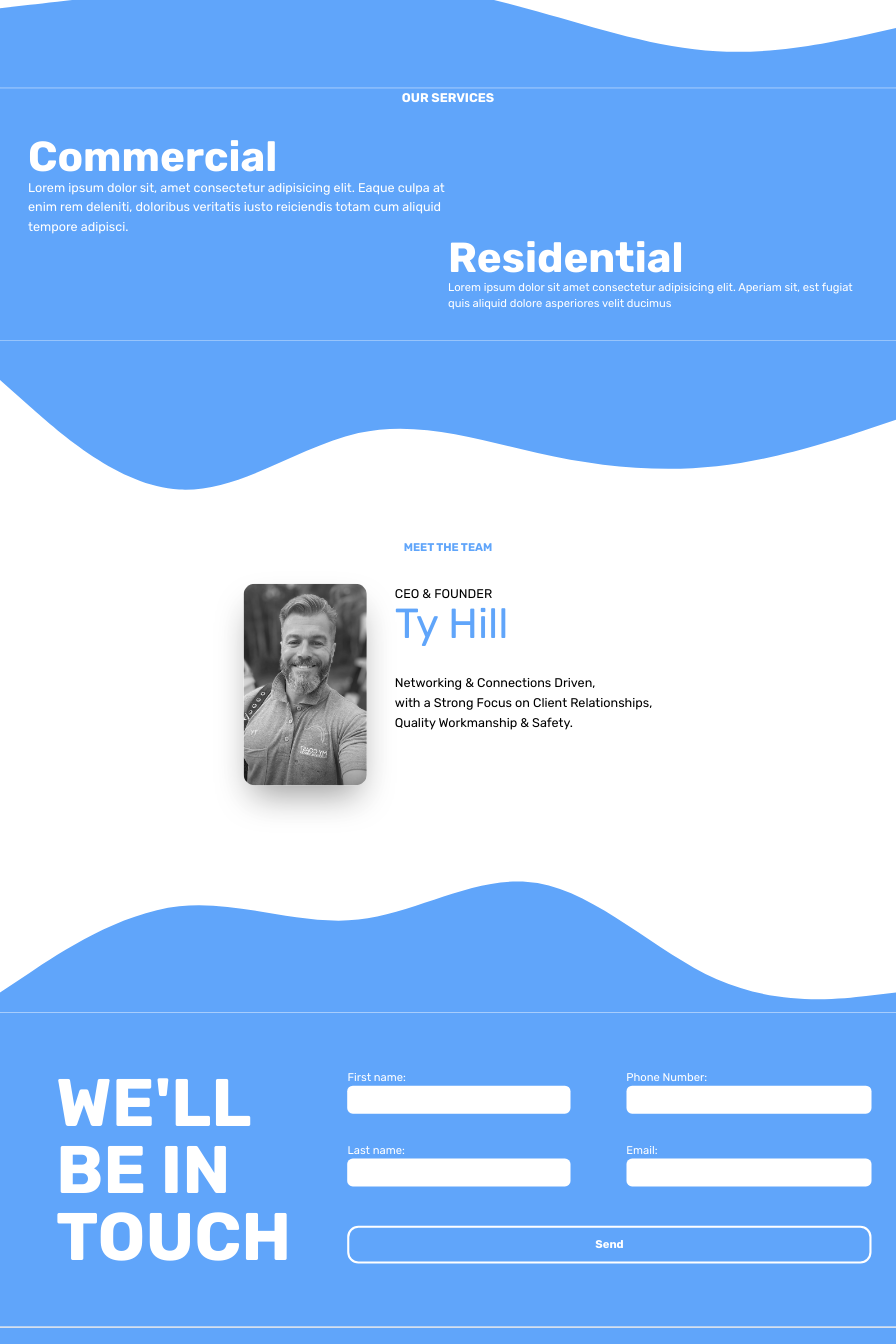
Repository: Jace-Kington/mce-website
Page: /
An editor plug-in stored every save of this project. The page is shown before and after the next save, followed by the edit.
The browser window is 1280 px wide. The pictures show the part of the page from y = 1080 to 3000 px (the page is 3297 px tall), at 70% of full size.
The project was rebuilt for these pictures with package versions that can differ from the ones it lists, and the page was loaded fresh each time. The framework's server and built-in components were replaced by stand-ins that run in the browser. Also part of the build but not shown: next.config.js.

Above is the page before, as saved 2022-11-12 14:45:23.

### pages/index.js

import Navbar from '../components/Navbar'
import Services from '../components/Services'
import MeetUs from '../components/Meet-us'
import ContactUs from '../components/ContactUs'
import Footer from '../components/Footer'

export default function Home() {
  return (
    <div>
      <head>
        <link rel="preconnect" href="https://fonts.googleapis.com"/>
        <link rel="preconnect" href="https://fonts.gstatic.com" crossorigin/>
        <link href="https://fonts.googleapis.com/css2?family=Rubik:ital,wght@0,400;0,500;0,700;0,900;1,800;1,900&display=swap" rel="stylesheet"/>
        <meta charset="UTF-8"/>
        <meta name="viewport" content="width=device-width, initial-scale=1.0, user-scalable=0"/>
        <title>My Coat Electrical</title>
      </head>
      <Navbar/>
      <Services/>
      <MeetUs/>
      <ContactUs/>
      <Footer/>
    </div>
  )
}

### styles/globals.css
@tailwind base;
@tailwind components;
@tailwind utilities;

* {
  font-family: 'Rubik';
}

### components/Navbar.jsx
import React from 'react'
import Image from 'next/image'
import image_2 from '../assets/logo-1.png'
import HamburgerMenu from './Hamburger'
import Link from 'next/link'

const Navbar = () => {
  return (
    <div className=''>
      <div className='flex justify-between items-center md:hidden'>
      <Image alt = "" src={image_2} className='rounded-full p-2 h-28 w-28' />

        <HamburgerMenu className = ''/>
      </div>

      <div className='md:flex hidden justify-between items-center ml-5 mr-5'>
        <Image alt = "" src={image_2} className='rounded-full p-2 h-28 w-28' />
        <div className='flex gap-10 items-center'>
          <a className='hover:text-blue-400 transition ease-in' href='#services-section'>
            Services
          </a>

          <a className='hover:text-blue-400 transition ease-in ' href="#meet-us">
            Team
          </a>

          <div className=''>
            <a className='bg-blue-400 hover:bg-blue-500 transition ease-in rounded-2xl p-3' href="#contact-us">
              <span className='text-white'>Enquire Now</span>
            </a>
          </div>

        </div>
      </div>

      <div className='sm:grid sm:grid-cols-2'>
        <div className='text-center sm:text-left text-blue-400 mt-12 ml-0 sm:ml-12'>
          <div className='text-5xl sm:text-7xl'>
            The Best
          </div>
          <strong className='text-5xl sm:text-7xl'>Trade Services</strong>
          <div className='text-5xl sm:text-7xl'>
            On the Sunny Coast
          </div>

          <div className='outline-rounded mt-12 bg-white'>
            <a  style = {{'border-width': '4px', 'border-color': '#60a5fa'}} className='rounded-2xl hover:bg-blue-400 hover:text-white transition p-4' href="#contact-us">
              Get Started
            </a>
          </div>
        </div>
        <div className='md:flex hidden'>
            <Image src={image_2} alt= ""/>
        </div>
      </div>
      <svg xmlns="http://www.w3.org/2000/svg" viewBox="0 0 1440 320"><path fill="#60a5fa" fill-opacity="1" d="M0,192L48,186.7C96,181,192,171,288,160C384,149,480,139,576,144C672,149,768,171,864,197.3C960,224,1056,256,1152,261.3C1248,267,1344,245,1392,234.7L1440,224L1440,320L1392,320C1344,320,1248,320,1152,320C1056,320,960,320,864,320C768,320,672,320,576,320C480,320,384,320,288,320C192,320,96,320,48,320L0,320Z"></path></svg>
    </div>
  )
}

export default Navbar

### components/Services.tsx
import React from 'react'

const Services = () => {
  return (
    <div id = 'services-section' className = 'bg-blue-400'>
        <div className = 'text-white text-center font-semibold text-lg uppercase underline-offset-1'>Our Services</div>
        <div className = 'grid grid-cols-2 m-10'>
            <div className = ''>
                <div className = 'text-white text-3xl sm:text-6xl font-bold'>Commercial</div>
                <div className = 'text-white text-lg'>Lorem ipsum dolor sit, amet consectetur adipisicing elit. Eaque culpa at enim rem deleniti, doloribus veritatis iusto reiciendis totam cum aliquid tempore adipisci. </div>
            </div>
            <div className = ''>

            </div>
            <div>

            </div>
            <div>
                <div className = 'text-white text-3xl sm:text-6xl font-bold'>Residential</div>
                <div className = 'text-white'>Lorem ipsum dolor sit amet consectetur adipisicing elit. Aperiam sit, est fugiat quis aliquid dolore asperiores velit ducimus </div>
            </div>
        </div>
        <svg className = 'bg-white' xmlns="http://www.w3.org/2000/svg" viewBox="0 0 1440 320">
        <path fill="#60a5fa" fill-opacity="1" d="M0,64L48,106.7C96,149,192,235,288,240C384,245,480,171,576,149.3C672,128,768,160,864,181.3C960,203,1056,213,1152,202.7C1248,192,1344,160,1392,144L1440,128L1440,0L1392,0C1344,0,1248,0,1152,0C1056,0,960,0,864,0C768,0,672,0,576,0C480,0,384,0,288,0C192,0,96,0,48,0L0,0Z"></path>
        </svg>
    </div>
  )
}

export default Services

### components/Meet-us.tsx
import React from 'react'
import Image from 'next/image'
import image_2 from '../assets/ty-photo.png'


const MeetUs = () => {
  return (
    <div id = "meet-us" className = 'max-w-[100%]'>
        <div className = 'text-blue-400 uppercase font-semibold text-center'>Meet the Team</div>

        <div className = 'justify-center flex gap-10 m-10'>
            <div>
              <Image alt = "" className = 'rounded-2xl shadow-2xl shadow-blue-400 grayscale items-center h-54 w-36 sm:h-72 sm:w-44' src = {image_2}/>
            </div>
            <div>
                <div className = 'uppercase text-lg'>CEO & Founder</div>
                <div className = 'text-6xl text-blue-400 pb-10'>Ty Hill</div>
                <div className = 'text-lg'>
                  <div className = ''>Networking & Connections Driven, </div>
                  <div>with a Strong Focus on Client Relationships,</div>
                  <div>Quality Workmanship & Safety.</div>
                </div>

            </div>
        </div>

        <svg xmlns="http://www.w3.org/2000/svg" viewBox="0 0 1440 320"><path fill="#60a5fa" fill-opacity="1" d="M0,288L48,256C96,224,192,160,288,149.3C384,139,480,181,576,170.7C672,160,768,96,864,112C960,128,1056,224,1152,266.7C1248,309,1344,299,1392,293.3L1440,288L1440,320L1392,320C1344,320,1248,320,1152,320C1056,320,960,320,864,320C768,320,672,320,576,320C480,320,384,320,288,320C192,320,96,320,48,320L0,320Z"></path></svg>
    </div>
  )
}

export default MeetUs

### components/ContactUs.jsx
import React, { useRef } from 'react'
import emailjs from '@emailjs/browser'
import { ToastContainer, toast } from 'react-toastify'
import 'react-toastify/dist/ReactToastify.css'

const ContactUs = () => {
  const toast_success = () => { toast('Email Sent!'); }
  const toast_fail = () => { toast('Error'); }

  const form = useRef();

  const sendEmail = (e) => {
    e.preventDefault();

    emailjs.sendForm('service_16oy9kb', 'template_p83nfjr', form.current, '7jHtCbxop4BW2nz9r')
      .then((result) => {
          console.log(result.text);
          toast_success();
      }, (error) => {
          console.log(error.text);
          toast_fail();
      });
  };

  return (
    <div id = "contact-us" className = 'bg-blue-400'>
        <div className = 'sm:flex'>
          <div className = 'text-white uppercase font-semibold p-20 text-8xl'>
              <div className='md:flex hidden'>We&apos;ll</div>
              <div className='md:flex hidden'>Be In</div>
              <div className='md:flex hidden'>Touch</div>
          </div>
          <div className='text-white uppercase text-center text-4xl font-semibold md:hidden'>
            We&apos;ll Be in Touch
          </div>
          <form ref = {form} onSubmit = {sendEmail} className = 'pt-20 p-5 sm:p-0 sm:pt-20'>
            <div className = 'flex gap-20 '>
              <div className = 'flex flex-col gap-10'>
                <div>
                  <label className = 'text-white' for="fname">First name:</label>
                  <input className = 'rounded-lg p-2 outline-1 outline-white w-full' type="text" id="fname" name="fname"/>
                </div>
                <div>
                  <label className = 'text-white' for="lname">Last name:</label>
                  <input className = 'rounded-lg p-2 outline-1 outline-white w-full' type="text" id="lname" name="lname"/>
                </div>
              </div>
              <div>
              <div className = 'flex flex-col gap-10'>
                <div>
                  <label className = 'text-white' for="phonenumber">Phone Number:</label>
                  <input className = 'rounded-lg p-2 outline-1 outline-white w-full' type="text" id="phonenumber" name="phonenumber"/>
                </div>
                <div>
                  <label className = 'text-white' for="email">Email:</label>
                  <input className = 'rounded-lg p-2 outline-1 outline-white w-full' type="text" id="email" name="email"/>
                </div>
              </div>
              </div>
            </div>

            <div>
              <button style = {{'border-width': '3px', 'border-color': 'white'}} className = 'text-center w-full p-3 rounded-2xl font-semibold hover:text-blue-400 text-white transition ease-in bg-blue-400 hover:bg-white mt-14'>Send</button>
              <ToastContainer
  position="top-right"
  autoClose={5000}
  hideProgressBar={true}
  newestOnTop={false}
  closeOnClick
  rtl={false}
  pauseOnFocusLoss
  draggable
  pauseOnHover
  toastStyle = {{'background-color': 'rgb(34 197 94)', 'color': 'white', 'border-radius': '1rem', 'padding': '15px'}}
  />
            </div>
          </form>
        </div>
      </div>
  )
}

export default ContactUs

### components/Footer.tsx
import React from 'react'
import image_2 from '../assets/logo-1.png'
import Image from 'next/image'

const Footer = () => {
  return (
    <div className = 'border-t-2 pt-4 sm:pt-0 border-gray pb-4 bg-blue-400'>
        <div className = 'flex justify-between text-white p-5 sm:p-20'>
            <div className = ''>
                <div className = 'flex items-center gap-5'>
                <Image alt = "" src= {image_2} className = 'items-start rounded-full p-2 h-28 w-28'/>

                <div className = 'flex-row sm:flex sm:gap-10 text-white'>
                    <svg fill="#fff" xmlns="http://www.w3.org/2000/svg"  viewBox="0 0 16 16" width="32px" height="32px"><path d="M 15 3.296875 C 14.476563 3.523438 13.949219 3.691406 13.367188 3.746094 C 13.949219 3.410156 14.417969 2.84375 14.648438 2.226563 C 14.066406 2.5625 13.484375 2.789063 12.84375 2.902344 C 12.257813 2.339844 11.5 2 10.683594 2 C 9.109375 2 7.824219 3.242188 7.824219 4.765625 C 7.824219 4.988281 7.824219 5.214844 7.882813 5.386719 C 4.875 5.386719 2.8125 3.691406 1.414063 2 C 1.121094 2.394531 1.003906 2.902344 1.003906 3.410156 C 1.003906 4.367188 1.53125 5.214844 2.289063 5.722656 C 1.820313 5.667969 1.355469 5.554688 1.003906 5.386719 C 1.003906 5.386719 1.003906 5.386719 1.003906 5.441406 C 1.003906 6.796875 1.996094 7.921875 3.28125 8.148438 C 3.046875 8.203125 2.8125 8.261719 2.519531 8.261719 C 2.347656 8.261719 2.171875 8.261719 1.996094 8.207031 C 2.347656 9.335938 3.976563 10.632813 5.257813 10.632813 C 4.265625 11.363281 3.34375 12 1.5 12 C 1.265625 12 1.453125 12 1 12 C 2.28125 12.789063 3.800781 13 5.375 13 C 10.683594 13 13.542969 8.769531 13.542969 5.101563 C 13.542969 4.988281 13.542969 4.878906 13.542969 4.765625 C 14.125 4.367188 14.59375 3.863281 15 3.296875"/></svg>
                    <svg fill="#fff" xmlns="http://www.w3.org/2000/svg"  viewBox="0 0 16 16" width="32px" height="32px"><path d="M 4.773438 1 C 2.695313 1 1 2.695313 1 4.773438 L 1 10.230469 C 1 12.304688 2.695313 14 4.773438 14 L 10.230469 14 C 12.304688 14 14 12.304688 14 10.226563 L 14 4.773438 C 14 2.695313 12.304688 1 10.226563 1 Z M 4.773438 2 L 10.226563 2 C 11.765625 2 13 3.234375 13 4.773438 L 13 10.226563 C 13 11.765625 11.765625 13 10.230469 13 L 4.773438 13 C 3.234375 13 2 11.765625 2 10.230469 L 2 4.773438 C 2 3.234375 3.234375 2 4.773438 2 Z M 11.5 3 C 11.222656 3 11 3.222656 11 3.5 C 11 3.777344 11.222656 4 11.5 4 C 11.777344 4 12 3.777344 12 3.5 C 12 3.222656 11.777344 3 11.5 3 Z M 7.5 4 C 5.574219 4 4 5.574219 4 7.5 C 4 9.425781 5.574219 11 7.5 11 C 9.425781 11 11 9.425781 11 7.5 C 11 5.574219 9.425781 4 7.5 4 Z M 7.5 5 C 8.886719 5 10 6.113281 10 7.5 C 10 8.886719 8.886719 10 7.5 10 C 6.113281 10 5 8.886719 5 7.5 C 5 6.113281 6.113281 5 7.5 5 Z"/></svg>
                    <svg fill="#fff" xmlns="http://www.w3.org/2000/svg"  viewBox="0 0 16 16" width="32px" height="32px"><path d="M 3.5 1 C 2.1250151 1 1 2.1250151 1 3.5 L 1 11.5 C 1 12.874985 2.1250151 14 3.5 14 L 11.5 14 C 12.874985 14 14 12.874985 14 11.5 L 14 3.5 C 14 2.1250151 12.874985 1 11.5 1 L 3.5 1 z M 3.5 2 L 11.5 2 C 12.335015 2 13 2.6649849 13 3.5 L 13 11.5 C 13 12.335015 12.335015 13 11.5 13 L 9.9042969 13 L 9.9042969 8.9667969 L 11.300781 8.9667969 L 11.509766 7.3574219 L 9.9042969 7.3574219 L 9.9042969 6.3320312 C 9.9042969 5.8660312 10.034031 5.5488281 10.707031 5.5488281 L 11.566406 5.5488281 L 11.566406 4.109375 C 11.417406 4.089375 10.907453 4.046875 10.314453 4.046875 C 9.0764531 4.046875 8.2304688 4.795875 8.2304688 6.171875 L 8.2304688 7.3574219 L 7 7.3535156 L 7 8.9628906 L 8.2304688 8.9667969 L 8.2304688 13 L 3.5 13 C 2.6649849 13 2 12.335015 2 11.5 L 2 3.5 C 2 2.6649849 2.6649849 2 3.5 2 z"/></svg>
                </div>
                </div>

                <div className = ''>
                    <div>fjf</div>
                </div>
            </div>

            <div className='flex gap-10 sm:gap-20'>
                <div className = ''>
                    <div className = 'text-lg font-bold pb-5'>
                        Contact Us
                    </div>
                    <div>
                        Address
                    </div>
                    <div>
                        Phone number
                    </div>
                    <div>
                        Email
                    </div>
                </div>

                <div>
                    <div className = 'text-lg font-bold pb-5'>
                        Pages
                    </div>

                    <div>
                        Home
                    </div>
                    <div>
                        Services
                    </div>
                    <div>
                        Team
                    </div>
                    <div>
                        Contact Us
                    </div>
                </div>
            </div>
        </div>
    </div>
  )
}

export default Footer

### components/Hamburger.jsx
import Link from 'next/link'
import { slide as Menu } from 'react-burger-menu'

const HamburgerMenu = () => (<div className='relative p-2'>
    <Menu customBurgerIcon={<HamburgerIcon />} width={'auto'} className='left-0 top-12' >
        <Links />
    </Menu>
</div>)

const HamburgerIcon = () => (<div className='p-1/2'><svg className="w-8 h-8 text-gray-500" fill="none" strokeLinecap="round" strokeLinejoin="round" strokeWidth="2" viewBox="0 0 24 24" stroke="currentColor"><path d="M4 6h16M4 12h16M4 18h16"></path></svg></div>)

export const Links = () => (<>
    <Link href="/">Home</Link>
    <Link href="/about">About</Link>
</>)

export default HamburgerMenu

Loaded but not shown: pages/_app.js (common file); tailwind.config.js (common file)

After the next save:
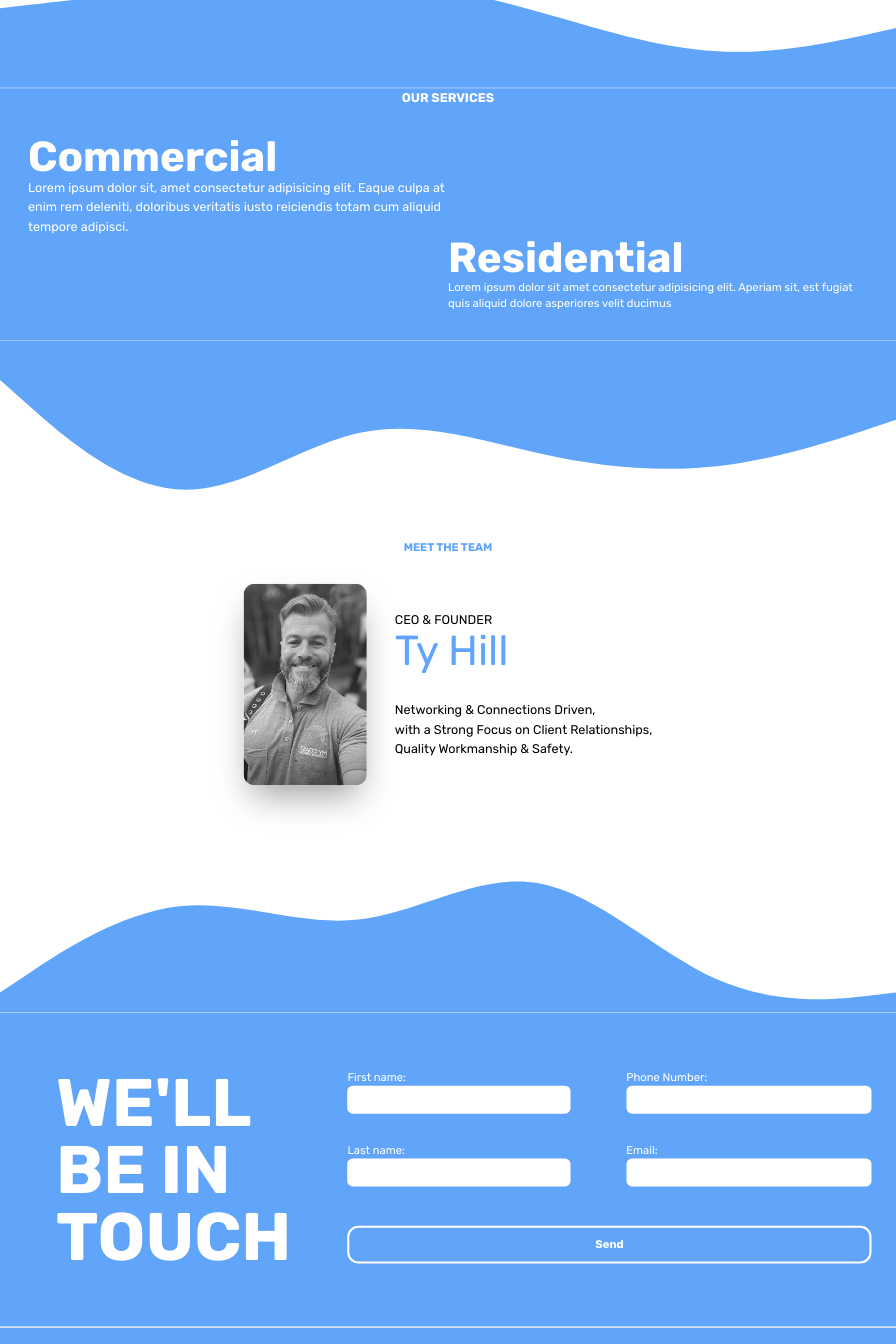
Saved 21 s later.
--- a/components/Meet-us.tsx
+++ b/components/Meet-us.tsx
@@ -8,9 +8,9 @@ const MeetUs = () => {
     <div id = "meet-us" className = 'max-w-[100%]'>
         <div className = 'text-blue-400 uppercase font-semibold text-center'>Meet the Team</div>
 
-        <div className = 'justify-center flex gap-10 m-10'>
+        <div className = 'justify-center flex items-center gap-10 m-10'>
             <div>
-              <Image alt = "" className = 'rounded-2xl shadow-2xl shadow-blue-400 grayscale items-center h-54 w-36 sm:h-72 sm:w-44' src = {image_2}/>
+              <Image alt = "" className = 'rounded-2xl shadow-2xl shadow-blue-400 grayscale h-54 w-36 sm:h-72 sm:w-44' src = {image_2}/>
             </div>
             <div>
                 <div className = 'uppercase text-lg'>CEO & Founder</div>
